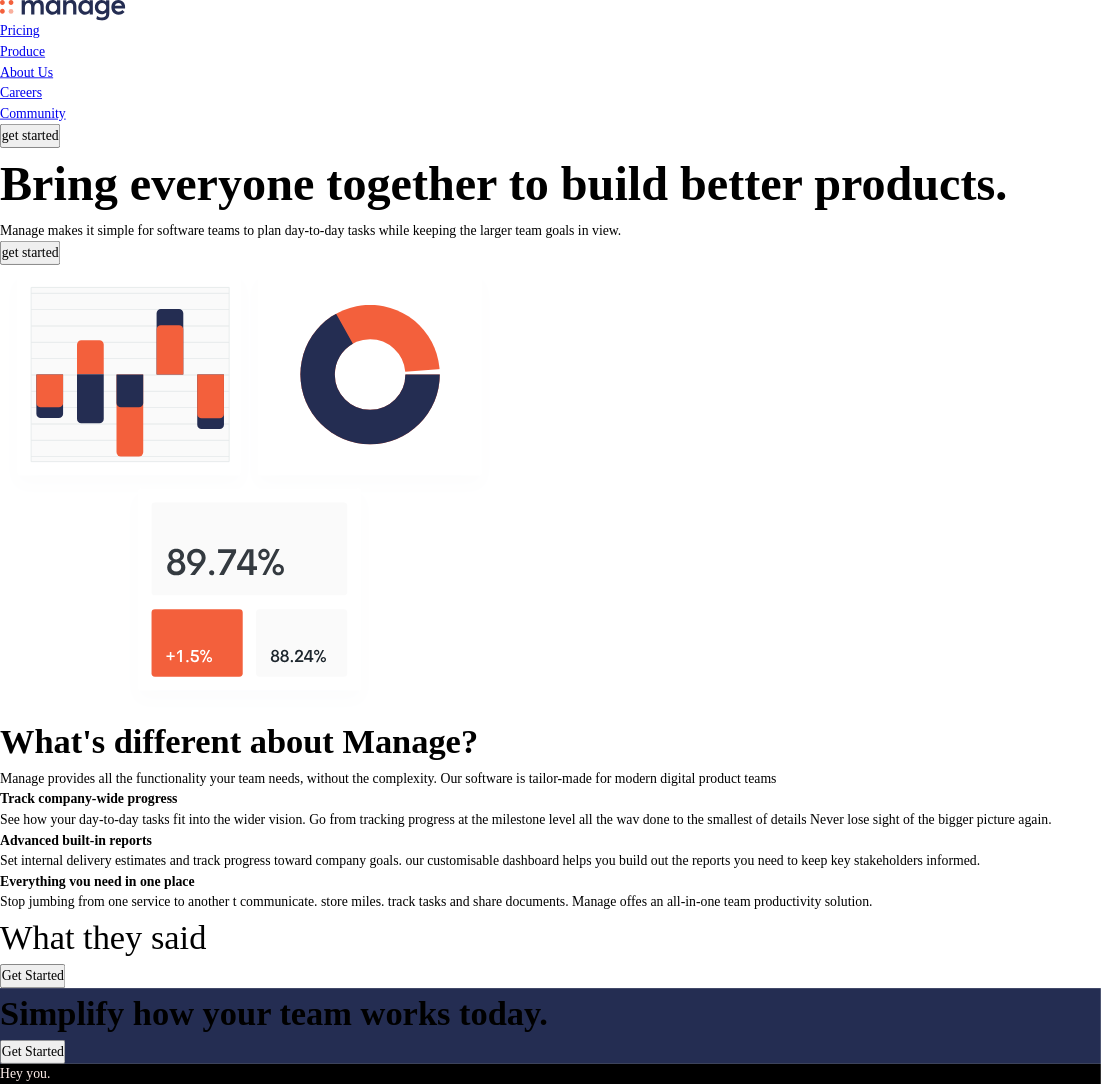
Repository: anthonybrown/website-practice
Page: index.html
These files come from the project's save history. The page is drawn as it stood at one moment and after the next save; the edit follows.
The browser window is 1280 px wide. The pictures show the whole page, at 86% of full size.

Above is the page before, as saved 2023-04-18 13:48:08.

### index.html
<!DOCTYPE html>
<html lang="en">

<head>
  <meta charset="UTF-8" />
  <link rel="icon" type="image/svg+xml" href="/vite.svg" />
  <meta name="viewport" content="width=device-width, initial-scale=1.0" />
  <title>Vite App</title>
  <link rel="preconnect" href="https://fonts.googleapis.com">
  <link rel="preconnect" href="https://fonts.gstatic.com" crossorigin>
  <link href="https://fonts.googleapis.com/css2?family=Be+Vietnam+Pro:wght@400;500;700&display=swap" rel="stylesheet">
  <link rel="stylesheet" href="style.css">
</head>

<body>
  <header class="primary-header">
    <div class="container">
      <a href="#" rel="noopener noreferrer">
        <img src="images/logo.svg" alt="manage">
      </a>
      <nav class="primary-navigation">
        <ul role="list" class="nav-list">
          <li><a href="#">Pricing</a></li>
          <li><a href="#">Produce</a></li>
          <li><a href="#">About Us</a></li>
          <li><a href="#">Careers</a></li>
          <li><a href="#">Community</a></li>
        </ul>
      </nav>
      <button class="button">get started</button>
    </div>
  </header>

  <main>
    <section>
      <div class="container">
        <div class="even-columns">
          <div>
            <h1 class="fs-primary-heading fw-bold">
              Bring everyone together to build better products.
            </h1>
            <p>
              Manage makes it simple for software teams to plan day-to-day tasks while
              keeping the larger team goals in view.
            </p>
            <button class="button">get started</button>
          </div>
          <div>
            <img src="images/illustration-intro.svg" alt="">
          </div>
        </div>
      </div>
    </section>

    <section>
      <div class="container">
        <div class="even-columns">
          <div>
            <h2 class="fs-secondary-heading fw-bold">
              What's different about Manage?
            </h2>
            <p>
              Manage provides all the functionality your team needs, without the complexity.
              Our software is tailor-made for modern digital product teams
            </p>
          </div>
          <div>
            <ul class="numbered-items" role="list">
              <li>
                <h3 class="fs-600 fw-bold">Track company-wide progress</h3>
                <p>
                  See how your day-to-day tasks fit into the wider vision.
                  Go from tracking progress at the milestone level all the wav done to
                  the smallest of details Never lose sight of the bigger picture again.
                </p>
              </li>
              <li>
                <h3 class="fs-600 fw-bold">Advanced built-in reports</h3>
                <p>
                  Set internal delivery estimates and track progress toward company goals.
                  our customisable dashboard helps you build out the reports you need
                  to keep key stakeholders informed.
                </p>
              </li>
              <li>
                <h3 class="fs-600 fw-bold">Everything vou need in one place</h3>
                <p>
                  Stop jumbing from one service to another t communicate. store miles.
                  track tasks and share documents. Manage offes an all-in-one team
                  productivity solution.
                </p>
              </li>
            </ul>
          </div>
        </div>
      </div>
    </section>

    <section class="carousel">
      <h2 class="fs-secondary-heading">What they said</h2>
      <button class="button">Get Started</button>
    </section>

    <section class="cta | bg-primary-400 text-neutral-900">
      <div class="container">

        <div>
          <p class="fs-secondary-heading fw-bold">Simplify how your team works today.</p>
        </div>
        <div>
          <button class="button" data-type="inverted">Get Started</button>
        </div>
      </div>
    </section>
  </main>

  <footer class="bg-neutral-900 text-neutral-100">
    <div class="container">
      <div class="even-columns">
        <p class="text-accent-100">Hey you.</p>
      </div>
    </div>
  </footer>

  <script type="module" src="/main.js"></script>
</body>

</html>

### style.css
:root {
  --clr-accent-400: hsl(12, 88%, 59%);
  --clr-accent-100: hsl(13, 100%, 96%);

  --clr-primary-400: hsl(228, 39%, 23%);

  --clr-neutral-100: hsl(232, 12%, 13%);
  --clr-neutral-900: hsl(0 0% 0%);

  --ff-primary: "Be Vietnam Pro", sans-serif;

  --ff-body: var(--ff-primary);
  --ff-heading: var(--ff-primary);

  --fw-regular: 400;
  --fw-semi-bold: 500;
  --fw-bold: 700;

  --fs-300: 0.8125rem;
  --fs-400: 0.875rem;
  --fs-500: 0.9375rem;
  --fs-600: 1rem;
  --fs-700: 1.875rem;
  --fs-800: 2.5rem;
  --fs-900: 3.5rem;

  --fs-body: var(--fs-400);
  --fs-primary-heading: var(--fs-800);
  --fs-secondary-heading: var(--fs-700);
  --fs-nav: var(--fs-500);
  --fs-button: var(--fs-300);
}

@media (min-width: 50em) {
  :root {
    --fs-body: var(--fs-500);
    --fs-primary-heading: var(--fs-900);
    --fs-secondary-heading: var(--fs-800);

    --fs-nav: var(--fs-300);
  }
}

/* https://piccalil.li/blog/a-modern-css-reset */

/* Box sizing rules */
*,
*::before,
*::after {
  box-sizing: border-box;
}

/* Remove default margin */
* {
  margin: 0;
  padding: 0;
  font: inherit;
}

/* Remove list styles on ul, ol elements with a list role, which suggests default styling will be removed */
ul[role="list"],
ol[role="list"] {
  list-style: none;
}

/* Set core root defaults */
html:focus-within {
  scroll-behavior: smooth;
}

html,
body {
  height: 100%;
}

/* Set core body defaults */
body {
  text-rendering: optimizeSpeed;
  line-height: 1.5;
}

/* A elements that don't have a class get default styles */
a:not([class]) {
  text-decoration-skip-ink: auto;
}

/* Make images easier to work with */
img,
picture,
svg {
  max-width: 100%;
  display: block;
}

/* Remove all animations, transitions and smooth scroll for people that prefer not to see them */
@media (prefers-reduced-motion: reduce) {
  html:focus-within {
    scroll-behavior: auto;
  }

  *,
  *::before,
  *::after {
    animation-duration: 0.01ms !important;
    animation-iteration-count: 1 !important;
    transition-duration: 0.01ms !important;
    scroll-behavior: auto !important;
  }
}

/* Utility classes */

.text-primary-400 {
  color: var(--clr-primary-400);
}

.text-accent-400 {
  color: var(--clr-accent-400);
}

.text-accent-100 {
  color: var(--clr-accent-100);
}

.text-neutral-100 {
  color: var(--clr-neutral-100);
}

.text-neutral-900 {
  color: var(--clr-neutral-900);
}

.bg-primary-400 {
  background-color: var(--clr-primary-400);
}

.bg-accent-400 {
  background-color: var(--clr-accent-400);
}

.bg-accent-100 {
  background-color: var(--clr-accent-100);
}

.bg-neutral-100 {
  background-color: var(--clr-neutral-100);
}

.bg-neutral-900 {
  background-color: var(--clr-neutral-900);
}

.fw-bold {
  font-weight: var(--fw-bold);
}

.fw-semi-bold {
  font-weight: var(--fw-semi-bold);
}

.fw-regular {
  font-weight: var(--fw-regular);
}

.fs-primary-heading {
  font-size: var(--fs-primary-heading);
}

.fs-secondary-heading {
  font-size: var(--fs-secondary-heading);
}

.fs-300 {
  font-size: var(--fs-300);
}

.fs-400 {
  font-size: var(--fs-400);
}

.fs-500 {
  font-size: var(--fs-500);
}

.fs-600 {
  font-size: var(--fs-600);
}

Loaded but not shown: main.js (empty)

After the next save:
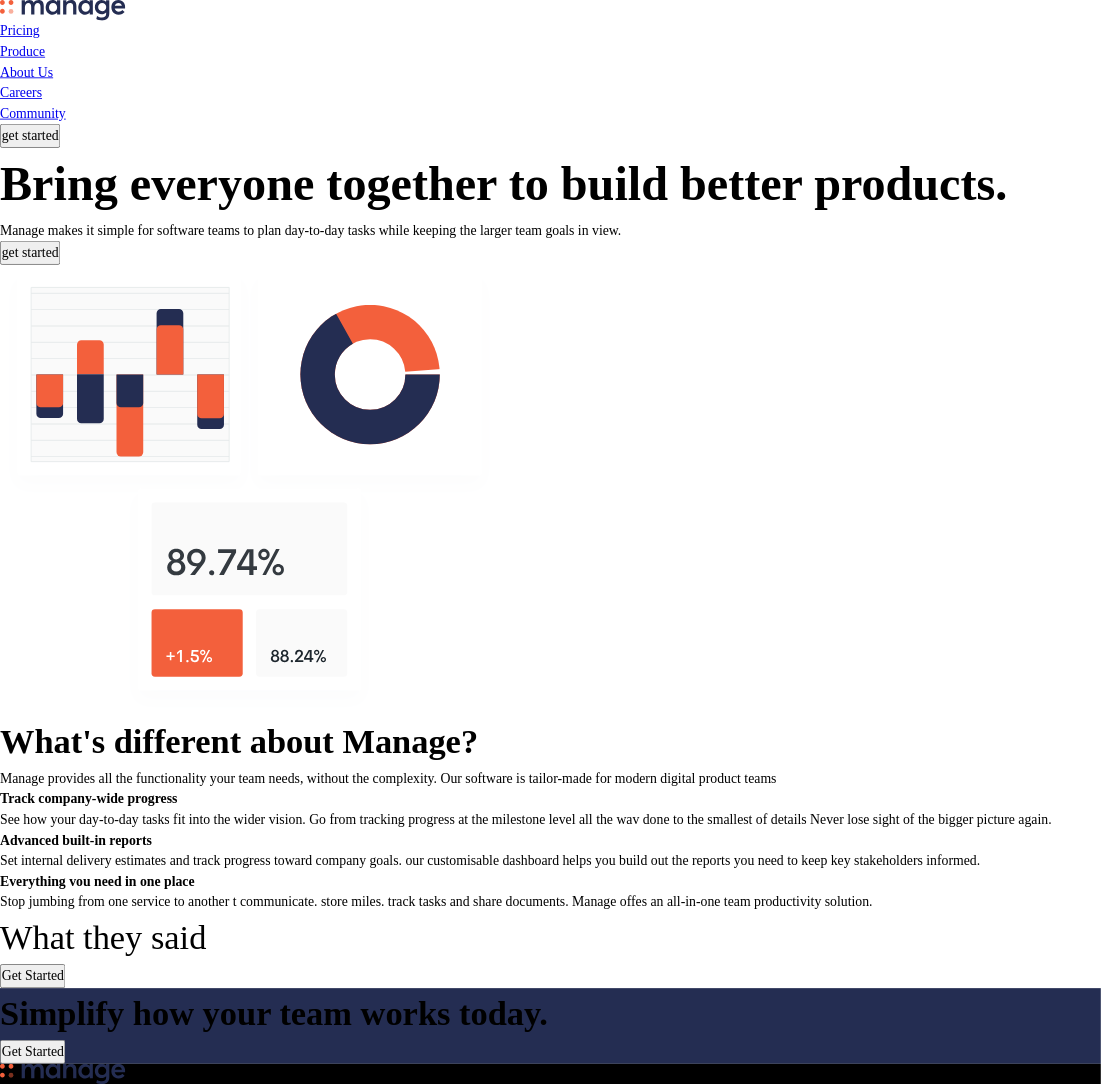
Saved 91 s later.
--- a/index.html
+++ b/index.html
@@ -117,7 +117,17 @@
   <footer class="bg-neutral-900 text-neutral-100">
     <div class="container">
       <div class="even-columns">
-        <p class="text-accent-100">Hey you.</p>
+        <div>
+          <a href="#" rel="noopener noreferrer">
+            <img src="images/logo.svg" alt="manage">
+          </a>
+        </div>
+        <div>
+
+        </div>
+        <div>
+
+        </div>
       </div>
     </div>
   </footer>
